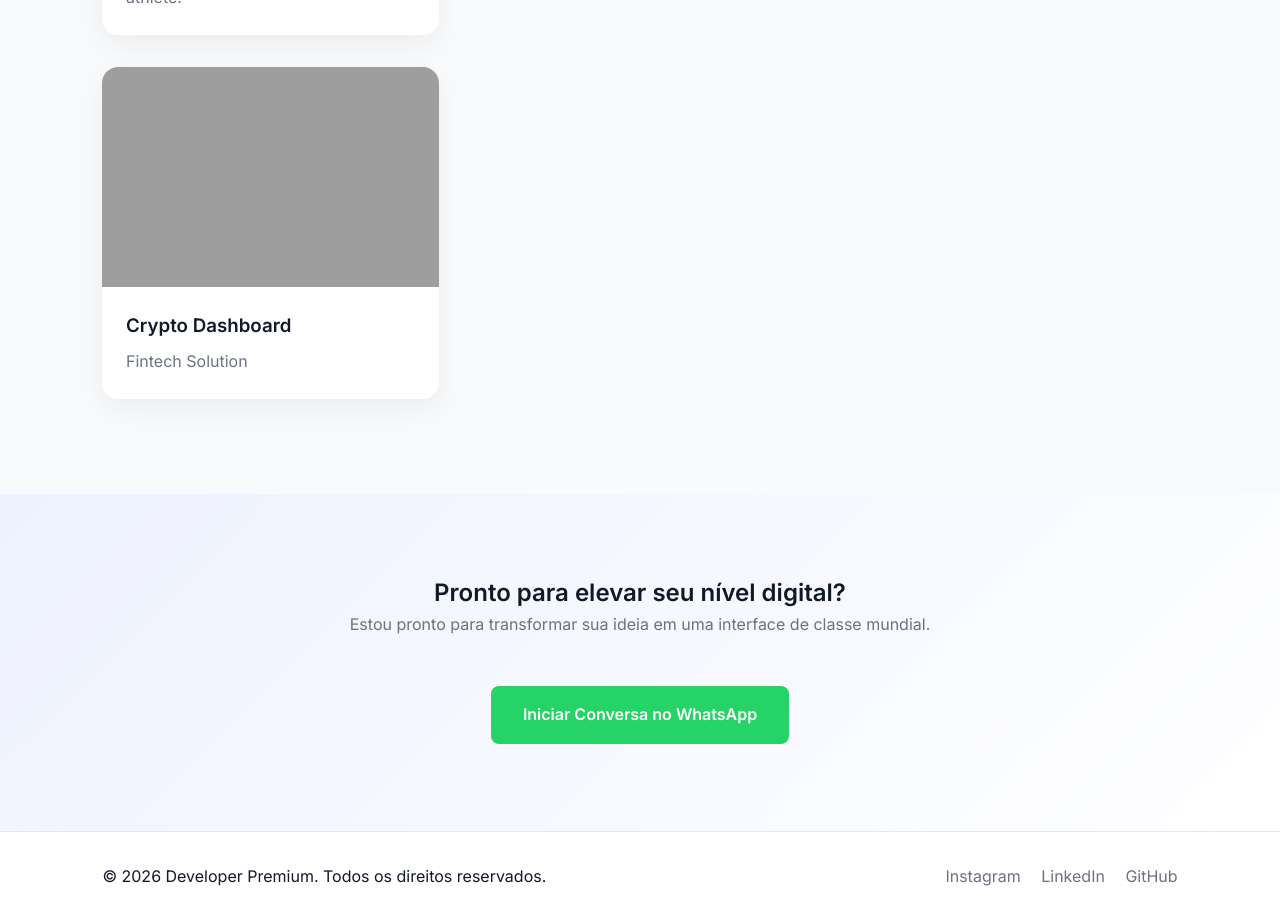
Repository: davidfsillva/David_Ferreira
Page: index.html
These files come from the project's save history. The page is drawn as it stood at one moment and after the next save; the edit follows.
The browser window is 1280 px wide. The pictures show the part of the page from y = 1356 to 2308 px (the page is 2278 px tall before and 2308 px after).
Pictures or frames that could not be fetched are drawn as grey boxes.

Above is the page before, as saved 2026-02-11 10:37:52.

After the next save:
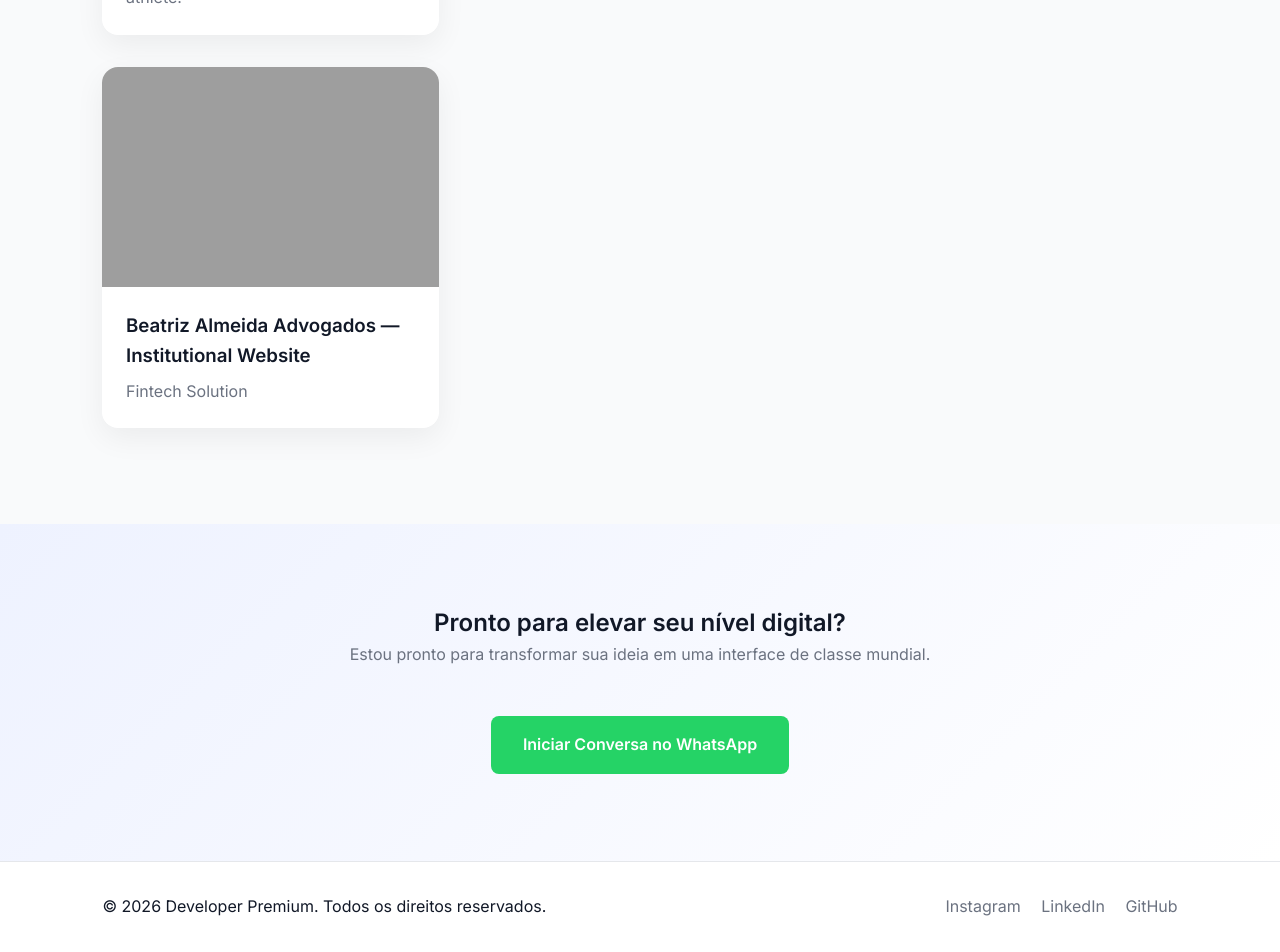
Saved 70 s later.
--- a/index.html
+++ b/index.html
@@ -144,7 +144,7 @@
                         </div>
                     </div>
                     <div class="card-info">
-                        <h3>Crypto Dashboard</h3>
+                        <h3>Beatriz Almeida Advogados — Institutional Website</h3>
                         <p>Fintech Solution</p>
                     </div>
                 </div>
